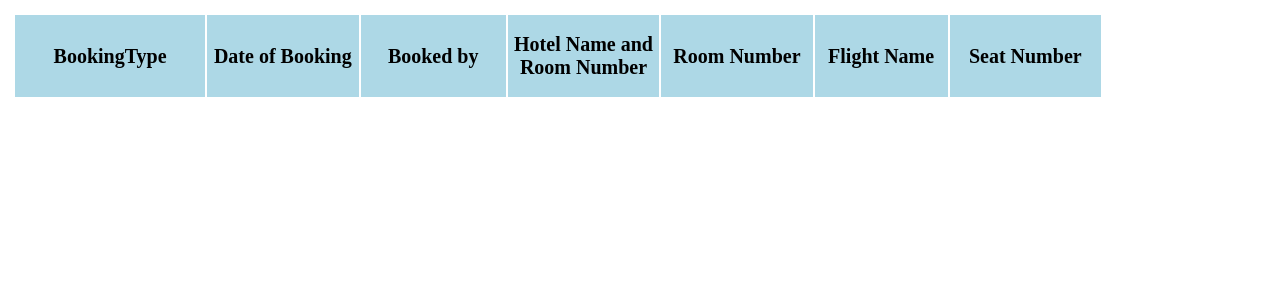
Repository: pparaska/Important
Page: http://localhost/website/WEB-INF/jsp/BookingList.jsp
An editor plug-in stored every save of this project. The page is shown before and after the next save, followed by the edit.
The browser window is 1280 px wide. The pictures show the whole page.
The page is served by Tomcat 9. Nobody is signed in. The template is opened directly, without the code that normally fills it, so the values that code supplies are empty.

Above is the page before, as saved 2019-02-12 05:47:46.

After the next save:
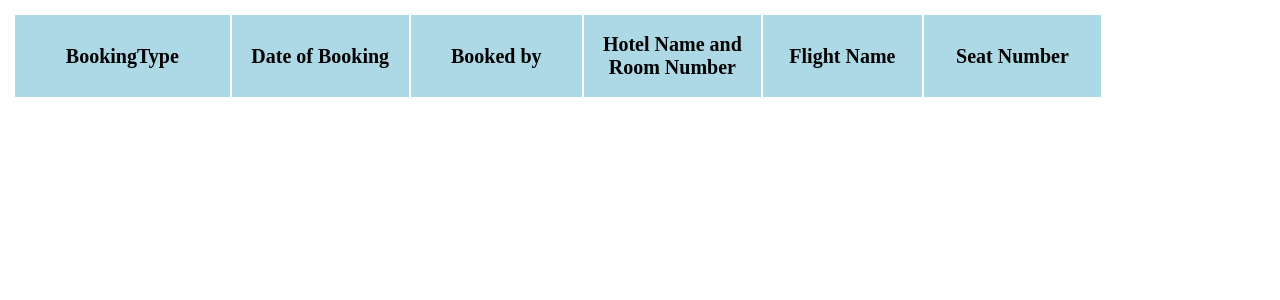
Saved 11 s later.
--- a/Poonam/All_Services/All_Services/website/src/main/webapp/WEB-INF/jsp/BookingList.jsp
+++ b/Poonam/All_Services/All_Services/website/src/main/webapp/WEB-INF/jsp/BookingList.jsp
@@ -34,7 +34,6 @@ th, td {
 				<th>Date of Booking</th>
 				<th>Booked by</th>
 				<th>Hotel Name and Room Number</th>
-				<th>Room Number</th>
 				<th>Flight Name</th>
 				<th>Seat Number</th>
 			</tr>
